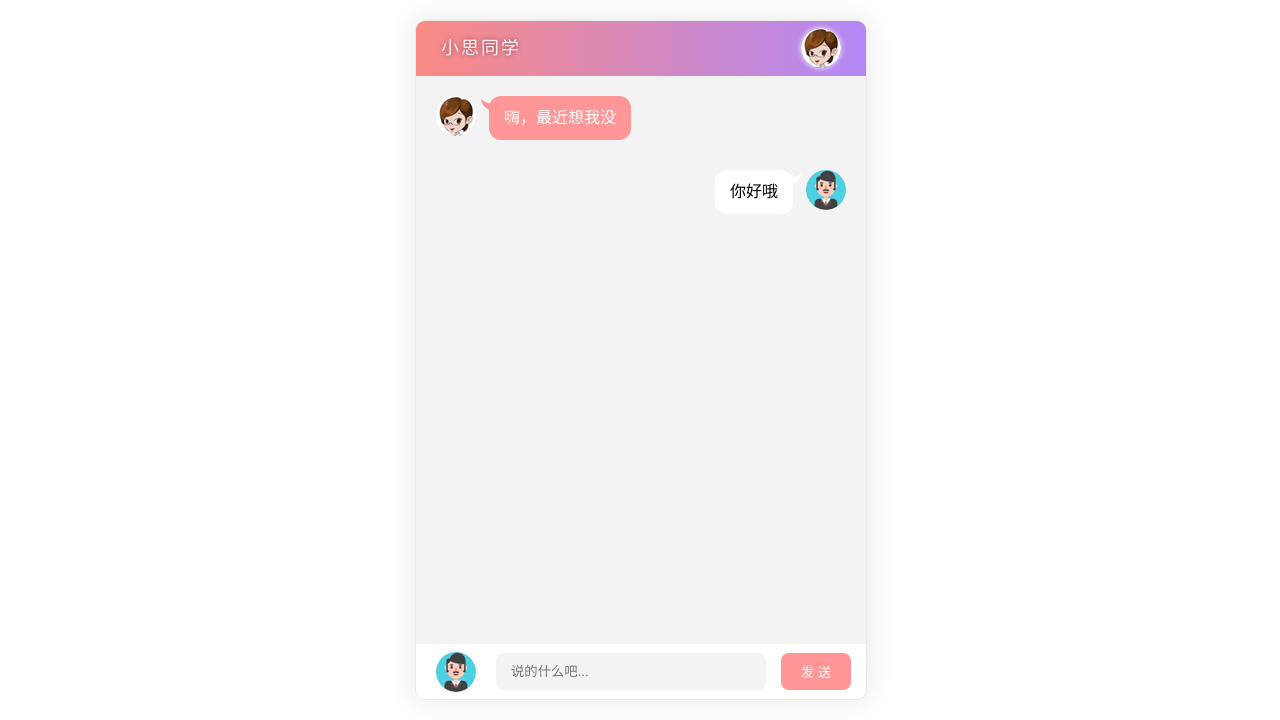
Repository: R1Deemo/ajax
Page: 聊天机器人/聊天机器人.html
The author's editor kept a copy of each file at every save. The page is drawn from the files as they stood at one save, then again after the next save.
The browser window is 1280 px wide. The pictures show the whole page.

Above is the page before, as saved 2022-10-25 10:28:26.

### 聊天机器人/聊天机器人.html
<!DOCTYPE html>
<html lang="en">

<head>
    <meta charset="UTF-8" />
    <meta name="viewport" content="width=device-width, initial-scale=1.0" />
    <meta http-equiv="X-UA-Compatible" content="ie=edge" />
    <link rel="stylesheet" href="css/reset.css" />
    <link rel="stylesheet" href="css/main.css" />
    <script type="text/javascript" src="js/jquery-1.12.4.min.js"></script>
    <script type="text/javascript" src="js/jquery-ui.min.js"></script>
    <script type="text/javascript" src="js/jquery.mousewheel.js"></script>
    <title>聊天机器人</title>
</head>

<body>
    <div class="wrap">
        <!-- 头部 Header 区域 -->
        <div class="header">
            <h3>小思同学</h3>
            <img src="img/person01.png" alt="icon" />
        </div>
        <!-- 中间 聊天内容区域 -->
        <div class="main">
            <ul class="talk_list" style="top: 0px;">
                <li class="left_word">
                    <img src="img/person01.png" /> <span>嗨，最近想我没</span>
                </li>
                <li class="right_word">
                    <img src="img/person02.png" /> <span>你好哦</span>
                </li>
            </ul>
            <div class="drag_bar" style="display: none;">
                <div class="drager ui-draggable ui-draggable-handle" style="display: none; height: 412.628px;"></div>
            </div>
        </div>
        <!-- 底部 消息编辑区域 -->
        <div class="footer">
            <img src="img/person02.png" alt="icon" />
            <input type="text" placeholder="说的什么吧..." class="input_txt" id="ipt" />
            <input type="button" value="发 送" class="input_sub" id="btnSend" />
        </div>
    </div>
    <script type="text/javascript" src="js/scroll.js"></script>
    <script src="./js/chat.js">
    </script>
</body>

</html>

### 聊天机器人/css/main.css
body {
    font-family: 'Microsoft YaHei';
}
.wrap {
    position: fixed;
    width: 450px;
    left: 50%;
    margin-left: -225px;
    top: 20px;
    bottom: 20px;
    border: 1px solid #ebebeb;
    background-color: #fff;
    border-radius: 10px;
    box-shadow: 0 0 30px rgba(0, 0, 0, 0.1);
    overflow: hidden;
}
.header {
    height: 55px;
    background: linear-gradient(90deg, rgba(246, 60, 47, 0.6), rgba(128, 58, 242, 0.6));
    overflow: hidden;
}
.header h3 {
    color: #faf3fc;
    line-height: 55px;
    font-weight: normal;
    float: left;
    letter-spacing: 2px;
    margin-left: 25px;
    font-size: 18px;
    text-shadow: 0px 0px 5px #944846;
}
.header img {
    float: right;
    margin: 7px 25px 0 0;
    border-radius: 20px;
    box-shadow: 0 0 5px #f7f2fe;
}
.main {
    position: absolute;
    left: 0;
    right: 0;
    top: 55px;
    bottom: 55px;
    background-color: #f4f3f3;
    box-sizing: border-box;
    padding: 10px 0;
    overflow:hidden;
}
.talk_list{
    position: absolute;
    width:100%;
    left:0px;
    top:0px;
}
.talk_list li {
    overflow: hidden;
    margin: 20px 0px 30px;
}
.talk_list .left_word img {
    float: left;
    margin-left: 20px;
}
.talk_list .left_word span {
    float: left;
    background-color: #fe9697;
    padding: 10px 15px;
    max-width: 290px;
    border-radius: 12px;
    font-size: 16px;
    color: #fff;
    margin-left: 13px;
    position: relative;
    line-height: 24px;
}
.talk_list .left_word span:before {
    content: '';
    position: absolute;
    left: -8px;
    top: 3px;
    width: 13px;
    height: 12px;
    background: url('../img/corner01.png') no-repeat;
}
.talk_list .right_word img {
    float: right;
    margin-right: 20px;
}
.talk_list .right_word span {
    float: right;
    background-color: #fff;
    padding: 10px 15px;
    max-width: 290px;
    border-radius: 12px;
    font-size: 16px;
    color: #000;
    margin-right: 13px;
    position: relative;
    line-height: 24px;
}
.talk_list .right_word span:before {
    content: '';
    position: absolute;
    right: -8px;
    top: 3px;
    width: 13px;
    height: 12px;
    background: url('../img/corner02.png') no-repeat;
}
.drag_bar{
    position:absolute;
    right:0px;
    top:0px;
    background-color: #fff;
    height:100%;
    width:6px;
    box-sizing:border-box;
    border-bottom:1px solid #f4f3f3;
}
.drager{
    position:absolute;
    left:0px;
    top:0px;
    background-color: #cdcdcd;
    height:100px;
    width:6px;
    border-radius:3px;
    cursor: pointer;
}

.footer{
    width:100%;
    height: 55px;
    left:0px;
    bottom:0px;
    background-color:#fff;
    position: absolute;
}

.footer img{
    float: left;
    margin:8px 0 0 20px;
}

.input_txt{
    float: left;
    width:270px;
    height:37px;
    border:0px;
    background-color: #f4f3f3;
    margin:9px 0 0 20px;
    border-radius:8px;
    padding:0px;
    outline:none;
    text-indent:15px;
}
.input_sub{
    float: left;
    width:70px;
    height:37px;
    border:0px;
    background-color: #fe9697;
    margin:9px 0 0 15px;
    border-radius:8px;
    padding:0px;
    outline:none;
    color:#fff;
    cursor: pointer;
}

### 聊天机器人/js/scroll.js
$(function () {
    var $main = $('.main');
    var $list = $('.talk_list');
    var $drager = $('.drager');
    var $mainh = $main.outerHeight(false);
    var $listh = $list.outerHeight(false);

    var $rate = $mainh / $listh;
    var $dragh = $mainh * $rate;
    var $top = 0;
    $drager.css({ 'height': $dragh });

    $drager.draggable({
        containment: "parent",
        drag: function (ev, ui) {
            $top = ui.position.top;
            $list.css({ 'top': -$top / $rate });
        }
    });

    $(window).resize(function () {
        resetui();
    });

    //var timer = null;
    var flag = false;

    $main.mousewheel(function(ev,delta){
        //console.log(delta);
        //clearTimeout(timer);
        //timer = setTimeout(function(){
            // 向上滚动正值，向下滚动负值
        if(flag){
            return;
        }

        flag = true;

        setTimeout(function(){
            flag = false;
        },300);

        if($listh <= $mainh){
            return;
        }else{
            if(delta>0){
                $top = $top-60;
                if($top<0){
                    $top=0;
                }
                $drager.animate({ 'top': $top },200);
                $list.animate({ 'top': -$top / $rate },200);
            }else{
                $top = $top+60;
                if($top>($mainh-$dragh)){
                    $top=parseInt($mainh-$dragh);
                }
                $drager.animate({ 'top': $top },200);
                $list.animate({ 'top': -parseInt($top / $rate) },200);
            }
        }

        //},300);
    });
    if ($listh <= $mainh) {
        $('.drag_bar').hide();
        $('.drager').hide();
    }

    function resetui(){
        $mainh = $main.outerHeight(false);
        $listh = $list.outerHeight(false);
        $rate = $mainh / $listh;
        $dragh = $mainh * $rate;
        $drager.css({ 'height': $dragh });

        if ($listh <= $mainh) {
            $('.drag_bar').hide();
            $drager.hide();
            $list.css({ 'top':0 });
        } else {
            $('.drag_bar').show();
            $drager.show();
            $drager.css({ 'top': $mainh-$dragh });
            $list.css({ 'top': -($listh-$mainh) });
        }
    }

    window.resetui = resetui;
})

### 聊天机器人/js/chat.js
$(function() {
    // 初始化右侧滚动条
    // 这个方法定义在scroll.js中
    resetui()
        // 为发送按钮绑定鼠标点击事件
    $('#btnSend').on('click', function() {
        var text = $('#ipt').val().trim()
        if (text.length <= 0)
            return $('#ipt').val('')

        // 如果输入内容，追加进记录
        $('.talk_list').append('<li class="right_word"><img src="img/person02.png" /> <span>' + text + '</span></li>')
        $('#ipt').val('')
            // 重置滚动条位置
        resetui()
    })
})

Loaded but not shown: 聊天机器人/css/reset.css (common file); 聊天机器人/js/jquery-1.12.4.min.js (library); 聊天机器人/js/jquery-ui.min.js (library); 聊天机器人/js/jquery.mousewheel.js (library)

After the next save:
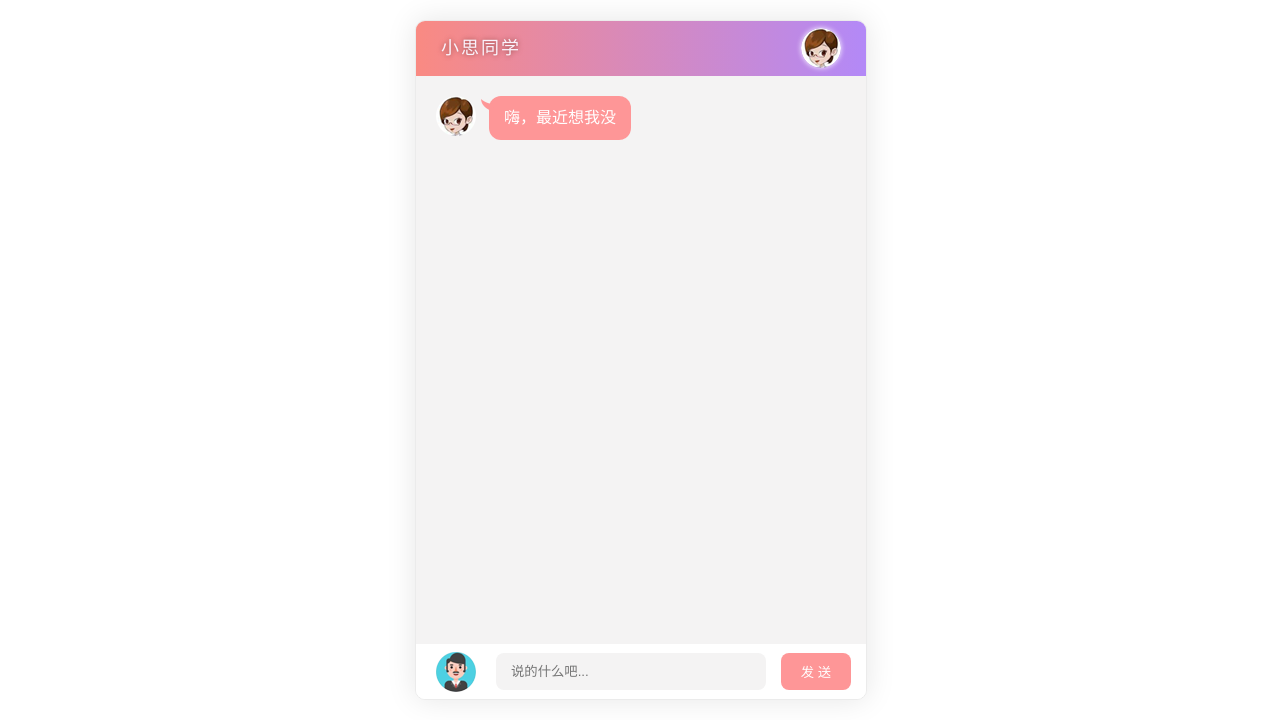
Saved 7 s later.
--- a/聊天机器人/聊天机器人.html
+++ b/聊天机器人/聊天机器人.html
@@ -26,9 +26,9 @@
                 <li class="left_word">
                     <img src="img/person01.png" /> <span>嗨，最近想我没</span>
                 </li>
-                <li class="right_word">
+                <!-- <li class="right_word">
                     <img src="img/person02.png" /> <span>你好哦</span>
-                </li>
+                </li> -->
             </ul>
             <div class="drag_bar" style="display: none;">
                 <div class="drager ui-draggable ui-draggable-handle" style="display: none; height: 412.628px;"></div>
